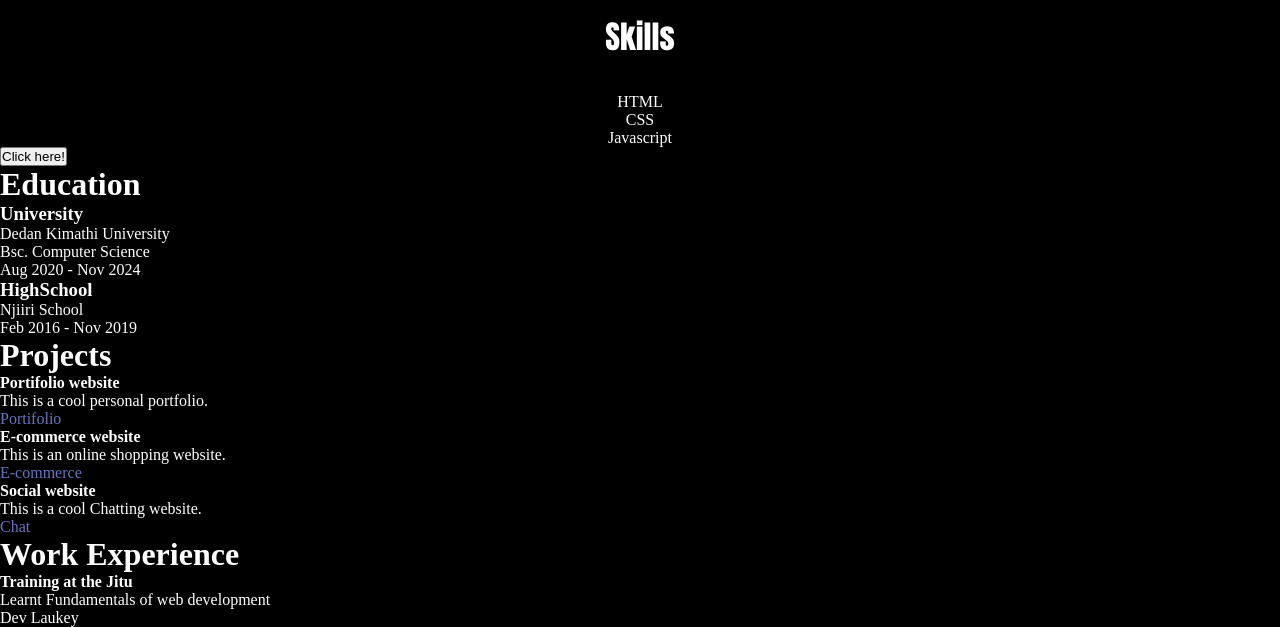
Repository: LaukeyMwaura/Jitu-Day-2
Page: index.html
The author's editor kept a copy of each file at every save. The page is drawn from the files as they stood at one save, then again after the next save.
The browser window is 1280 px wide. The pictures show the part of the page from y = 640 to 1324 px (the page is 1267 px tall before and 1324 px after).
A picture or video elsewhere on the page could not be fetched, so the positions and the page height are approximate.

Above is the page before, as saved 2022-05-12 00:31:39.

After the next save:
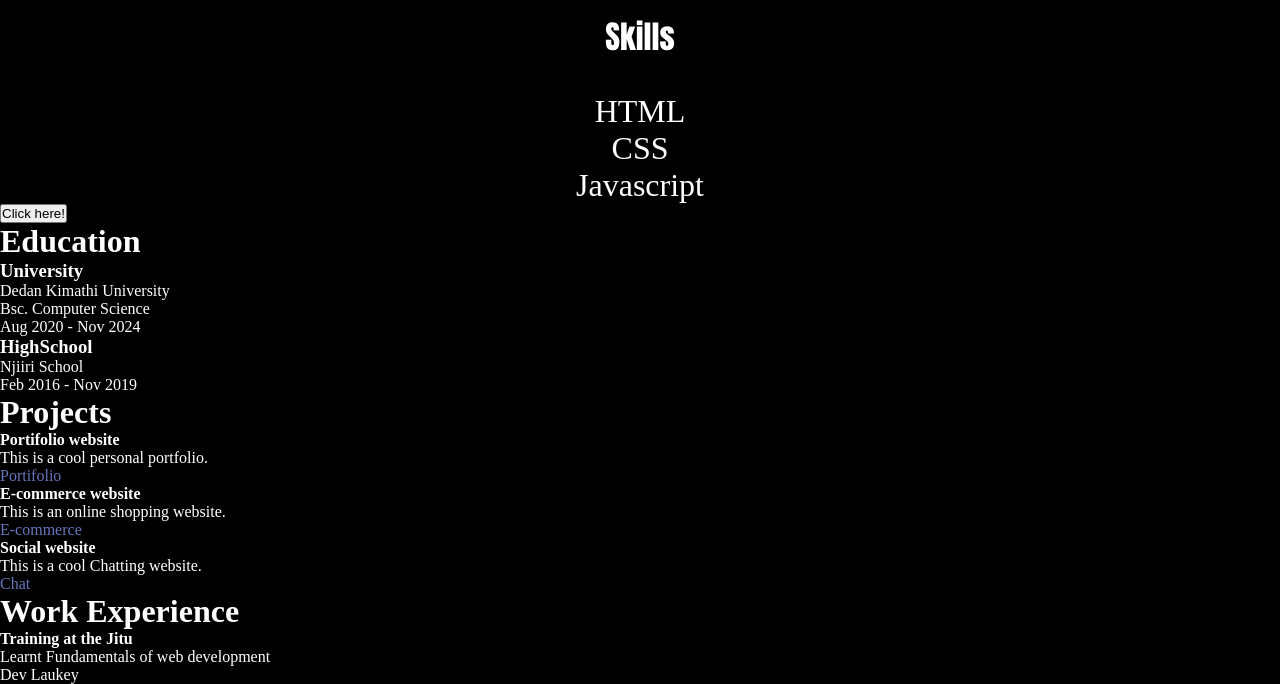
Saved 21 s later.
--- a/style.css
+++ b/style.css
@@ -57,4 +57,5 @@ a{
 
 .skills {
     text-align: center;
+    font-size: 2rem;
 }
